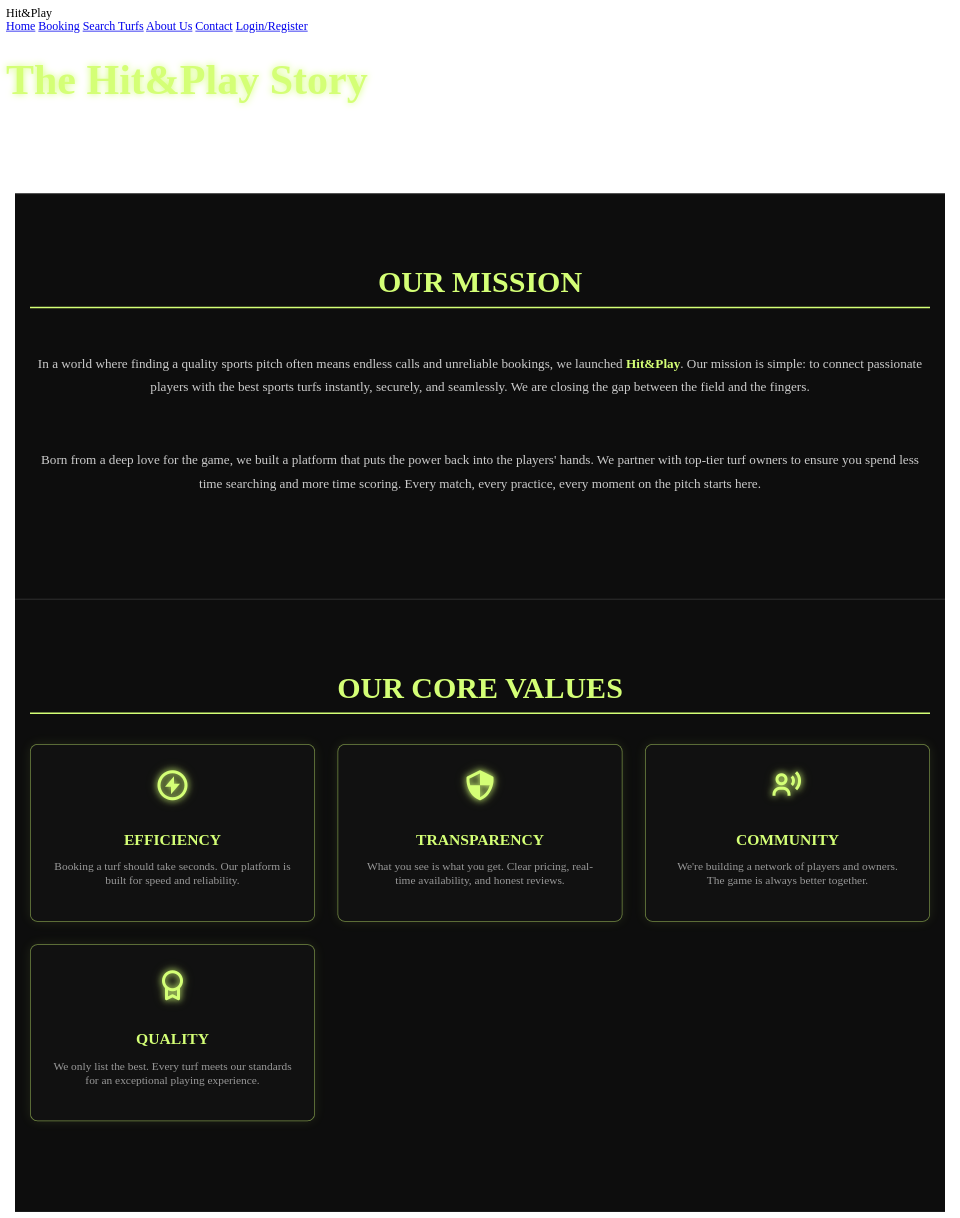
Repository: nilofar-nadaf/TurfBookingSystem
Page: http://localhost/aboutUs
These files come from the project's save history. The page is drawn as it stood at one moment and after the next save; the edit follows.
The browser window is 1280 px wide. The pictures show the whole page, at 75% of full size.
The page is this project's Thymeleaf template; nobody is signed in. The template is opened directly, without the code that normally fills it, so the values that code supplies are empty.

Above is the page before, as saved 2025-10-17 05:38:40.

### CricketTurfBooking/CricketTurfBookingSystem/src/main/resources/templates/aboutUs.html
<!DOCTYPE html>
<html lang="en" xmlns:th="http://www.thymeleaf.org">
<head>
    <meta charset="UTF-8">
    <meta name="viewport" content="width=device-width, initial-scale=1.0">
    <title>About Us - Hit&Play</title>
	<link rel="stylesheet" th:href="@{/css/aboutUs.css}">
    <link href='https://unpkg.com/boxicons@2.1.4/css/boxicons.min.css' rel='stylesheet'>
    <style>
        /*
        * ------------------------------------
        * Specific CSS for the About Us Page
        * ------------------------------------
        */

        /* General page layout adjustments */
        header {
            min-height: 250px; /* Shorter header for the sub-page */
            display: flex;
            flex-direction: column;
        }

        .header-content h1 {
            font-size: 3.5em;
            color: var(--primary-color); /* Neon green for the main title */
            margin-top: 30px;
            margin-bottom: 0;
            text-shadow: 0 0 10px var(--primary-color);
        }

        .about-section {
            padding: 60px 20px;
            max-width: 1200px;
            margin: 0 auto;
            color: var(--text-color);
        }

        .about-section h2 {
            font-size: 2.5rem;
            text-align: center;
            margin-bottom: 40px;
            color: var(--primary-color);
            text-transform: uppercase;
            border-bottom: 2px solid var(--primary-color);
            padding-bottom: 10px;
            display: inline-block;
            width: 100%;
        }

        /* --- Mission & Story Section --- */
        .story-container {
            display: flex;
            flex-direction: column;
            gap: 30px;
            text-align: center;
            margin-bottom: 60px;
        }

        .story-container p {
            font-size: 1.1rem;
            line-height: 1.8;
            color: #ccc;
        }

        .highlight-text {
            color: var(--primary-color);
            font-weight: 600;
        }

        /* --- Values Section --- */
        .values-grid {
            display: grid;
            grid-template-columns: repeat(auto-fit, minmax(280px, 1fr));
            gap: 30px;
            margin-bottom: 60px;
        }

        .value-card {
            background-color: var(--card-bg-color);
            border: 1px solid rgba(212, 255, 118, 0.5);
            border-radius: 10px;
            padding: 30px;
            text-align: center;
            transition: all 0.3s ease;
            box-shadow: 0 0 15px rgba(212, 255, 118, 0.1);
        }

        .value-card:hover {
            transform: translateY(-5px);
            border-color: var(--primary-color);
            box-shadow: 0 0 25px var(--shadow-color);
        }

        .value-card i {
            font-size: 3rem;
            color: var(--primary-color);
            margin-bottom: 15px;
            animation: neonGlow 1.5s ease-in-out infinite alternate;
        }

        .value-card h3 {
            font-size: 1.3rem;
            color: var(--primary-color);
            margin-bottom: 10px;
            text-transform: uppercase;
        }

        .value-card p {
            font-size: 0.95rem;
            color: #999;
        }

        /* Neon Glow Animation for icons */
        @keyframes neonGlow {
            from { text-shadow: 0 0 5px var(--primary-color); }
            to { text-shadow: 0 0 10px var(--primary-color), 0 0 20px rgba(212, 255, 118, 0.5); }
        }



    </style>
</head>
<body>

    <header>
        <nav>
            <div class="logo">Hit<span class="hit">&</span>Play</div>
            <div class="menu">
                <a th:href="@{/home}">Home</a>
                <a href="#">Booking</a>
                <a th:href="@{/searchTurf}">Search Turfs</a>
                <a th:href="@{/aboutUs}" >About Us</a>
                <a th:href="@{/contactUs}">Contact</a>
                <a th:href="@{/login}">Login/Register</a>
            </div>
        </nav>

        <div class="header-content">
            <h1>The Hit&Play Story</h1>
        </div>
    </header>

    <main>

		<section class="about-section dark-bg">
            <h2>Our Mission</h2>
            <div class="story-container">
                <p>
                    In a world where finding a quality sports pitch often means endless calls and unreliable bookings, we launched <span class="highlight-text">Hit&Play</span>. Our mission is simple: to connect passionate players with the best sports turfs instantly, securely, and seamlessly. We are closing the gap between the field and the fingers.
                </p>
                <p>
                    Born from a deep love for the game, we built a platform that puts the power back into the players' hands. We partner with top-tier turf owners to ensure you spend less time searching and more time scoring. Every match, every practice, every moment on the pitch starts here.
                </p>
            </div>
        </section>

		<section class="about-section dark-bg">
            <h2>Our Core Values</h2>
            <div class="values-grid">

                <div class="value-card">
                    <i class='bx bx-bolt-circle'></i>
                    <h3>Efficiency</h3>
                    <p>Booking a turf should take seconds. Our platform is built for speed and reliability.</p>
                </div>

                <div class="value-card">
                    <i class='bx bx-shield-quarter'></i>
                    <h3>Transparency</h3>
                    <p>What you see is what you get. Clear pricing, real-time availability, and honest reviews.</p>
                </div>

                <div class="value-card">
                    <i class='bx bx-user-voice'></i>
                    <h3>Community</h3>
                    <p>We're building a network of players and owners. The game is always better together.</p>
                </div>

                <div class="value-card">
                    <i class='bx bx-award'></i>
                    <h3>Quality</h3>
                    <p>We only list the best. Every turf meets our standards for an exceptional playing experience.</p>
                </div>

            </div>
        </section>


    </main>

    </body>
</html>

### CricketTurfBooking/CricketTurfBookingSystem/src/main/resources/static/css/aboutUs.css
/* Custom properties based on your Home.css colors */
:root {
    --color-primary-dark: #333; /* Dark text for readability */
    --color-highlight: rgb(212, 255, 118); /* Your 'Hit' color */
    --color-background-light: #f9f9f9; /* Light background for content */
}

:root {
    --primary-color: rgb(212, 255, 118);  /* neon green highlight */
    --text-color: #fff;                   /* main text for dark sections */
    --card-bg-color: #111;                /* card background */
    --shadow-color: rgba(212, 255, 118, 0.5); /* shadow glow */
}


/* 1. Header and Navigation Adjustments */
.about-header {
    /* Set a shorter header height for content pages */
    height: 60vh;
    /* Keep the background style but maybe use a less intense image/gradient */
    background: linear-gradient(rgba(0, 0, 0, 0.7), rgba(0, 0, 0, 0.5));
    background-size: cover;
    background-position: center;
}

/* Highlight the active link in the menu */
.menu .active-link {
    border-bottom: 2px solid var(--color-highlight);
}

/* 2. Main Content Layout */
.about-container {
    max-width: 1100px;
    margin: 0 auto;
    padding: 3rem 1.5rem;
    background-color: #fff;
    font-family: 'Poppins', sans-serif;
}

.section {
    padding: 2rem 0;
}

.section-title {
    color: var(--color-primary-dark);
    font-size: 2.2rem;
    margin-bottom: 2.5rem;
    text-align: center;
    /* Use the highlight color as an underline accent */
    border-bottom: 4px solid var(--color-highlight);
    display: inline-block;
    padding-bottom: 5px;
    margin-left: auto;
    margin-right: auto;
    display: block;
}

.section-text {
    font-size: 1.1rem;
    margin-bottom: 2rem;
    text-align: center;
    max-width: 800px;
    margin-left: auto;
    margin-right: auto;
    color: #555;
}

hr {
    border: 0;
    height: 1px;
    background-color: #ddd;
    margin: 3rem 0;
}

/* 3. Purpose Section Cards */
.purpose-points {
    display: flex;
    justify-content: space-around;
    gap: 20px;
    flex-wrap: wrap;
}

.point-card {
    background-color: var(--color-background-light);
    padding: 25px;
    border-radius: 8px;
    box-shadow: 0 4px 10px rgba(0, 0, 0, 0.05);
    flex-basis: calc(33.33% - 20px);
    text-align: center;
    transition: transform 0.3s ease, box-shadow 0.3s ease;
    border-top: 5px solid var(--color-highlight); /* Accent border */
}

.point-card h3 {
    color: var(--color-primary-dark);
    font-size: 1.4rem;
    margin-bottom: 10px;
}

.point-card:hover {
    transform: translateY(-8px);
    box-shadow: 0 15px 30px rgba(0, 0, 0, 0.15);
}

/* 4. Benefit Section List */
.benefit-section ul {
    list-style: none;
    padding: 0;
    max-width: 700px;
    margin: 2rem auto;
}

.benefit-section li {
    background-color: #f0f0f0; /* Slight gray background */
    padding: 18px 25px;
    margin-bottom: 12px;
    border-radius: 6px;
    border-left: 5px solid var(--color-highlight);
    font-size: 1.05rem;
}
.benefit-section li strong {
    color: var(--color-primary-dark);
}

/* 5. Mission & Vision Section Cards */
.goals-container {
    display: flex;
    justify-content: center;
    gap: 40px;
    flex-wrap: wrap;
}

.goal-card {
    background-color: var(--color-primary-dark); /* Dark card background */
    color: #fff;
    padding: 40px;
    border-radius: 10px;
    box-shadow: 0 5px 15px rgba(0, 0, 0, 0.3);
    flex-basis: 45%;
    min-width: 300px;
    text-align: center;
    transition: transform 0.3s ease;
    border: 1px solid var(--color-highlight);
}

.goal-card:hover {
    transform: scale(1.03);
    box-shadow: 0 8px 20px rgba(212, 255, 118, 0.6); /* Highlight shadow on hover */
}

.card-icon {
    font-size: 3rem;
    margin-bottom: 15px;
    color: var(--color-highlight); /* Use your signature green */
}

.goal-card h3 {
    font-size: 1.6rem;
    margin-bottom: 10px;
    color: var(--color-highlight);
}

/* 6. Simple Footer */
.main-footer {
    background-color: #333; /* Matches your dark style */
    color: #fff;
    text-align: center;
    padding: 1.5rem 0;
    margin-top: 3rem;
    font-size: 0.9rem;
}

/* === Responsive Adjustments === */
@media (max-width: 992px) {
    .purpose-points, .goals-container {
        flex-direction: column;
        align-items: center;
    }

    .point-card, .goal-card {
        flex-basis: 90%;
        max-width: 500px;
        margin-bottom: 20px;
    }
}

.about-section.dark-bg {
    background-color: #0d0d0d;
    border-top: 1px solid #222;
    border-bottom: 1px solid #222;
}

### CricketTurfBooking/CricketTurfBookingSystem/src/main/resources/static/css/searchTurf.css
@import url('https://fonts.googleapis.com/css2?family=Poppins:ital,wght@0,100;0,200;0,300;0,400;0,500;0,600;0,700;0,800;0,900;1,200;1,500;1,600;1,700;1,800;1,900&display=swap');
*{
    padding: 0;
    margin: 0;
    box-sizing: border-box;
}

:root {
    --primary-color: #d4ff76; /* Neon Green */
    --dark-color: #000;
    --card-bg-color: #1a1a1a;
    --text-color: #fff;
    --yellow-star: #ffc107;
}

body {
    background-color: var(--dark-color);
    font-family: 'Poppins', sans-serif;
}

header{
    width: 100%;
    min-height: 500px; /* Reduced min-height to accommodate new search boxes */
    background: linear-gradient(rgba(0,0,0,0.8),rgba(0,0,0,0.3)), url(Images/home4.jpg);
    background-size: cover;
    background-position: center;
    padding-bottom: 50px;
}

nav{
    width: 100%;
    height: 80px; /* Reduced height */
    display: flex;
    justify-content: space-around;
    align-items: center;
    color: var(--text-color);
}
.logo{
    font-size: 2em;
    letter-spacing: 2px;
}
.logo .hit{
    color: var(--primary-color);
}

.menu a{
    text-decoration: none;
    color: var(--text-color);
    padding: 10px 20px;
    font-weight: bold;
    font-size: 1.1em;
    transition: all 0.3s ease;
}

.menu a:hover{
    border-bottom: 2px solid var(--primary-color);
    color: var(--primary-color);
}

.header-content{
    width: 100%;
    text-align: center;
    margin-top: 50px;
    padding: 0 20px;
}

.header-content h1{
    font-size: 3.5em;
    color: var(--text-color);
    margin-bottom: 30px;
}

/* NEW: Multi-input Search Box Container */
.search-box-container {
    display: flex;
    justify-content: center;
    gap: 15px;
    max-width: 900px;
    margin: 0 auto;
    padding: 20px;
    background: rgba(0, 0, 0, 0.7);
    border-radius: 15px;
    border: 1px solid var(--primary-color);
    box-shadow: 0 0 20px var(--shadow-color);
}

.search-box {
    position: relative;
    flex: 1;
    min-width: 200px;
}

.search-box input,
.search-box select {
    width: 100%;
    height: 50px;
    padding: 0 15px 0 45px; /* Adjust padding for icon */
    border: 2px solid var(--primary-color);
    background: var(--dark-color);
    color: var(--text-color);
    font-size: 1em;
    border-radius: 8px;
    outline: none;
    transition: all 0.3s ease;
}

.search-box input:focus,
.search-box select:focus {
    box-shadow: 0 0 10px var(--primary-color);
}

.search-box select {
    appearance: none; /* Hide default dropdown arrow */
    cursor: pointer;
}

.search-box select option {
    background: var(--dark-color);
    color: var(--primary-color);
}

.search-box i {
    position: absolute;
    left: 15px;
    top: 50%;
    transform: translateY(-50%);
    font-size: 1.2em;
    color: var(--primary-color);
}


/* --- TURF CARD STYLES --- */

.turf-results {
    padding: 50px 20px;
}

.turf-results h2 {
    color: var(--primary-color);
    text-align: center;
    margin-bottom: 40px;
    font-size: 2.5em;
}

.turf-card-container {
    display: flex;
    flex-wrap: wrap;
    gap: 30px;
    justify-content: center;
    max-width: 1200px;
    margin: 0 auto;
}

.turf-card {
    background-color: var(--card-bg-color);
    border: 2px solid var(--primary-color);
    border-radius: 12px;
    overflow: hidden;
    box-shadow: 0 8px 16px var(--shadow-base);
    transition: transform 0.3s, box-shadow 0.3s;
    width: 100%;
    max-width: 350px;
    display: flex;
    flex-direction: column;
}

.turf-card:hover {
    transform: translateY(-8px);
    box-shadow: 0 15px 30px var(--shadow-color);
}

/* NEW: Card Image Styling */
.card-image-box {
    width: 100%;
    height: 200px;
    overflow: hidden;
    border-bottom: 3px solid var(--primary-color);
}

.card-image {
    width: 100%;
    height: 100%;
    object-fit: cover;
    transition: transform 0.5s ease;
}

.turf-card:hover .card-image {
    transform: scale(1.05);
}

.card-info {
    padding: 20px;
    flex-grow: 1; /* Makes sure the info box takes up remaining height */
}

.card-info h3 {
    font-size: 1.5rem;
    margin-bottom: 10px;
    color: var(--primary-color);
}

.card-info .location {
    font-size: 0.95rem;
    margin-bottom: 15px;
    color: #ccc;
}

.card-info .location i {
    color: var(--primary-color);
    margin-right: 5px;
}

.card-info .rating {
    margin-bottom: 15px;
    font-size: 1.1rem;
    color: var(--text-color);
}

.card-info .rating .yellow {
    color: var(--yellow-star);
}

.details-row {
    display: flex;
    justify-content: space-between;
    align-items: center;
    margin-top: 15px;
}

.price {
    font-size: 1.8rem;
    font-weight: 600;
    color: var(--text-color);
}

.price small {
    font-size: 0.8rem;
    color: var(--primary-color);
}

.book-btn {
    background-color: var(--primary-color);
    color: var(--dark-color);
    padding: 10px 20px;
    border: none;
    border-radius: 5px;
    cursor: pointer;
    font-weight: 700;
    transition: background-color 0.3s, transform 0.1s;
    text-transform: uppercase;
}

.book-btn:hover {
    background-color: #aaff00; /* Slightly darker neon on hover */
    transform: translateY(-2px);
}

.card-info .type {
    display: block;
    margin-top: 15px;
    font-size: 0.85rem;
    font-weight: 500;
    color: var(--primary-color);
    text-align: right;
}

/* Responsive adjustments */
@media (max-width: 992px) {
    .search-box-container {
        flex-direction: column;
        gap: 10px;
        max-width: 500px;
    }

    .header-content h1 {
        font-size: 2.5em;
    }
}

@media (max-width: 600px) {
    nav {
        flex-direction: column;
        height: auto;
        padding: 15px 0;
    }
    .menu {
        margin-top: 10px;
    }
    .menu a {
        padding: 5px 10px;
    }
}

After the next save:
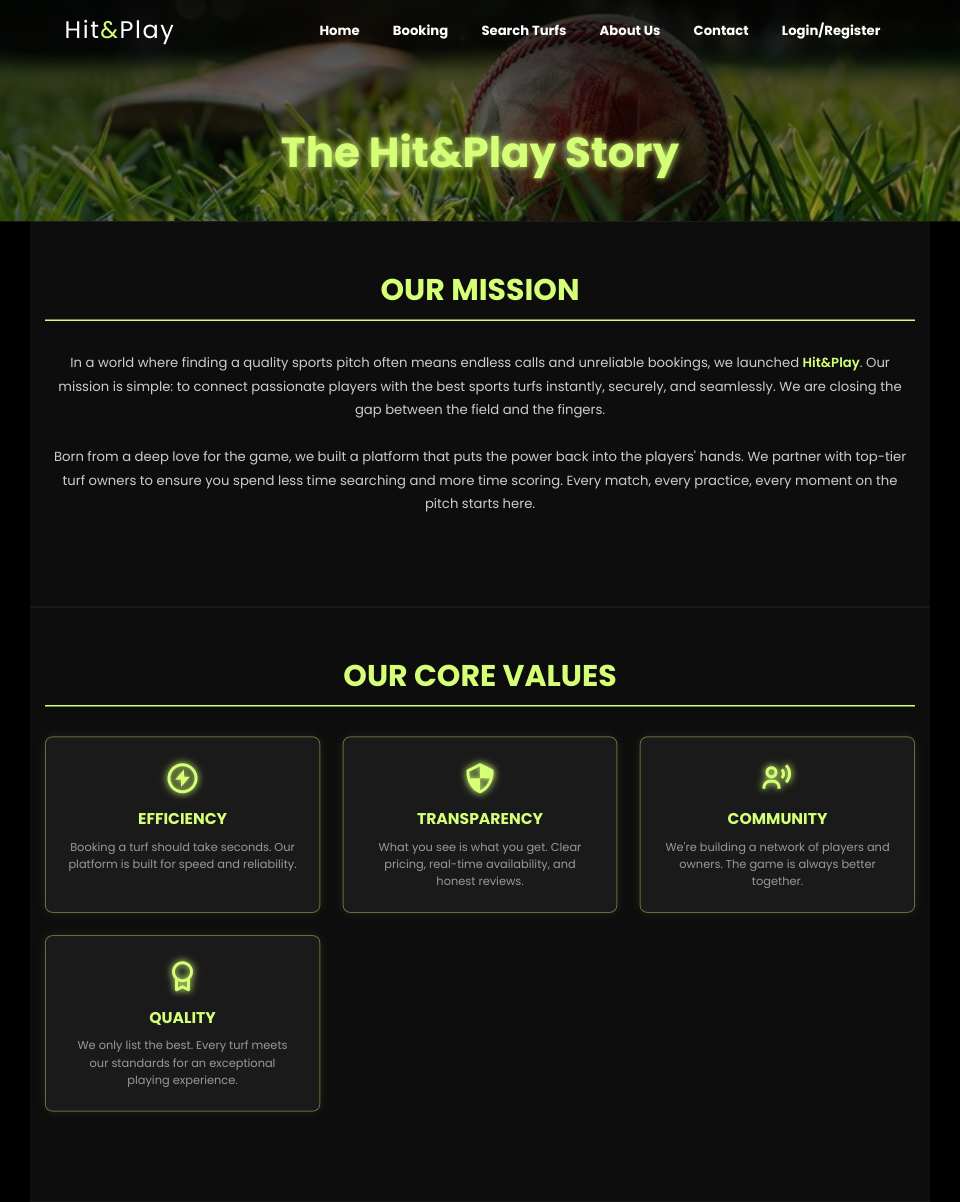
Saved 5 min 4 s later.
--- a/CricketTurfBooking/CricketTurfBookingSystem/src/main/resources/templates/aboutUs.html
+++ b/CricketTurfBooking/CricketTurfBookingSystem/src/main/resources/templates/aboutUs.html
@@ -5,6 +5,7 @@
     <meta name="viewport" content="width=device-width, initial-scale=1.0">
     <title>About Us - Hit&Play</title>
 	<link rel="stylesheet" th:href="@{/css/aboutUs.css}">
+	<link rel="stylesheet" th:href="@{/css/searchTurf.css}">
     <link href='https://unpkg.com/boxicons@2.1.4/css/boxicons.min.css' rel='stylesheet'>
     <style>
         /*
